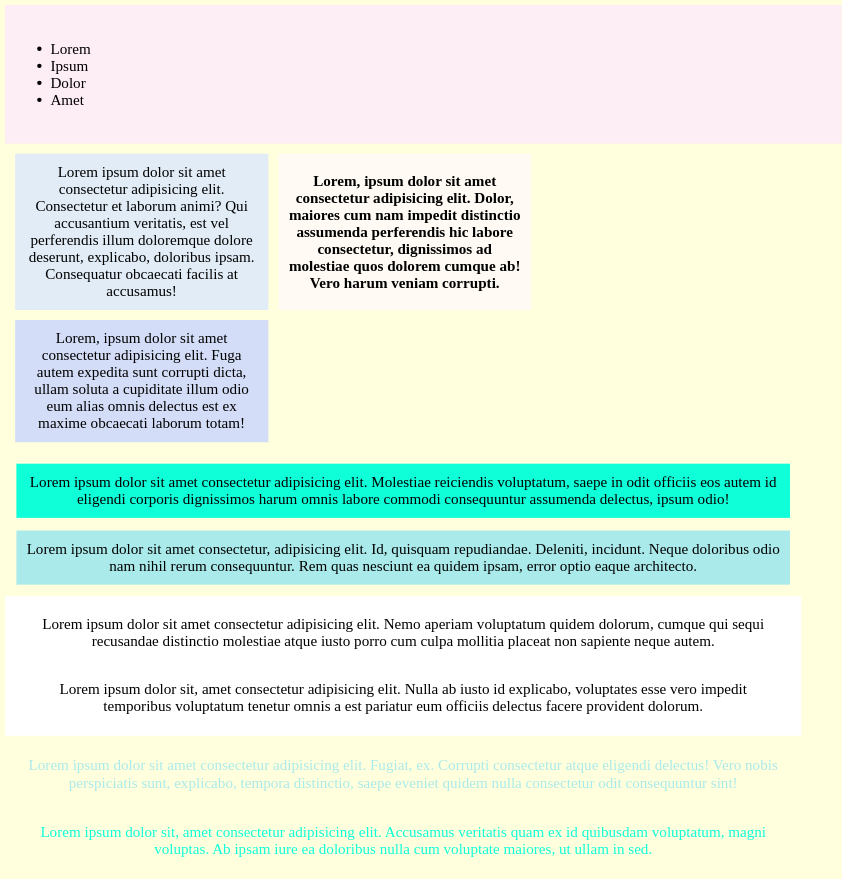
Repository: HTML-a-CSS-2/projekt-portfolio-Angelina555555
Page: .github/index.html
The author's editor kept a copy of each file at every save. The page is drawn from the files as they stood at one save, then again after the next save.
The browser window is 1280 px wide. The page is 1336 px wide, then 1280 px, so the pictures cover 1336 px, including what lies to the right of the window. The pictures show the whole page, at 63% of full size.

Above is the page before, as saved 2022-05-15 19:07:10.

### .github/index.html
<!DOCTYPE html>
<html lang="en">
  <head>
    <meta charset="UTF-8" />
    <meta http-equiv="X-UA-Compatible" content="IE=edge" />
    <meta name="viewport" content="width=device-width, initial-scale=1.0" />
    <link rel="stylesheet" href="default.css" />
    <title>Document</title>
  </head>
  <body>
    <div class="menu">
      <ul id="menu">
        <li>Lorem</li>
        <li>Ipsum</li>
        <li>Dolor</li>
        <li>Amet</li>
      </ul>
    </div>

    <div class="article">
      <div class="article__element-jeden article__element-jeden--blue">
        Lorem ipsum dolor sit amet consectetur adipisicing elit. Consectetur et
        laborum animi? Qui accusantium veritatis, est vel perferendis illum
        doloremque dolore deserunt, explicabo, doloribus ipsam. Consequatur
        obcaecati facilis at accusamus!
      </div>
      <div
        class="article__element-dva article__element-dva--pink article__element-dva--big"
      >
        Lorem, ipsum dolor sit amet consectetur adipisicing elit. Dolor, maiores
        cum nam impedit distinctio assumenda perferendis hic labore consectetur,
        dignissimos ad molestiae quos dolorem cumque ab! Vero harum veniam
        corrupti.
      </div>
      <div class="article__element-tri article__element-tri--purple">
        Lorem, ipsum dolor sit amet consectetur adipisicing elit. Fuga autem
        expedita sunt corrupti dicta, ullam soluta a cupiditate illum odio eum
        alias omnis delectus est ex maxime obcaecati laborum totam!
      </div>
    </div>
    <div class="age">
      <div class="age__element-ctyri age__element-ctyri--green">
        Lorem ipsum dolor sit amet consectetur adipisicing elit. Molestiae
        reiciendis voluptatum, saepe in odit officiis eos autem id eligendi
        corporis dignissimos harum omnis labore commodi consequuntur assumenda
        delectus, ipsum odio!
      </div>
      <div class="age__element-pet age__element-pet--mint">
        Lorem ipsum dolor sit amet consectetur, adipisicing elit. Id, quisquam
        repudiandae. Deleniti, incidunt. Neque doloribus odio nam nihil rerum
        consequuntur. Rem quas nesciunt ea quidem ipsam, error optio eaque
        architecto.
      </div>
    </div>
    <div class="leader">
      <div class="leader__element-sest leader__element-sest--padding-small">
        Lorem ipsum dolor sit amet consectetur adipisicing elit. Nemo aperiam
        voluptatum quidem dolorum, cumque qui sequi recusandae distinctio
        molestiae atque iusto porro cum culpa mollitia placeat non sapiente
        neque autem.
      </div>
      <div class="leader__element-sedm leader__element-sedm--padding-small">
        Lorem ipsum dolor sit, amet consectetur adipisicing elit. Nulla ab iusto
        id explicabo, voluptates esse vero impedit temporibus voluptatum tenetur
        omnis a est pariatur eum officiis delectus facere provident dolorum.
      </div>
    </div>
    <div class="blok-posledni">
      <div class="blok-posledni__element-osm blok-posledni__element-osm--mint">
        Lorem ipsum dolor sit amet consectetur adipisicing elit. Fugiat, ex.
        Corrupti consectetur atque eligendi delectus! Vero nobis perspiciatis
        sunt, explicabo, tempora distinctio, saepe eveniet quidem nulla
        consectetur odit consequuntur sint!
      </div>
      <div
        class="blok-posledni__element-devet blok-posledni__element-devet--green"
      >
        Lorem ipsum dolor sit, amet consectetur adipisicing elit. Accusamus
        veritatis quam ex id quibusdam voluptatum, magni voluptas. Ab ipsam iure
        ea doloribus nulla cum voluptate maiores, ut ullam in sed.
      </div>
    </div>
  </body>
</html>

### .github/default.css
body {
  height: 100vh;

  background-color: #ffffdd;
  display: grid;
  grid-template-columns: repeat(auto-fit, minmax(240px, 1fr))

  gap: 10% 20px;
}

.menu {
  display: flex;
  flex-wrap: wrap;

  width: 100%;
  background-color: #fdedf5;
  padding: 2rem;
  font-size: 1.5rem;
}

.article,
.age,
.leader,
.blok-posledni {
  padding: 1rem;
  display: flex;
  flex-wrap: wrap;
  text-align: center;
gap: 1rem;
}

.article__element-jeden,
.article__element-dva,
.article__element-tri {
  display: flex;
  justify-content: center;
  align-items: center;
  padding: 1rem 1rem;
width: 30%;
  font-size: 1.5rem;
}

.article__element-jeden--blue {
  background-color: #e1ecf6;
}
.article__element-dva--pink {
  background-color: #fffbf4;
}
.article__element-tri--purple {
  background-color: #d4ddf7;
}

.article__element-dva--big {
  font-weight: bold;
}

.age__element-ctyri,
.age__element-pet,
.leader__element-sest,
.leader__element-sedm,
.blok-posledni__element-osm,
.blok-posledni__element-devet {
  padding: 1rem 1rem;
  margin: 2px;
  font-size: 1.5rem;
}

.age__element-ctyri--green {
  background-color: #0fffd9;
}
.age__element-pet--mint {
  background-color: #aaeaeb;
}
.leader {
  background-color: white;
}
.leader__element-sest--padding-small,
.leader__element-sedm--padding-small {
  padding: 0.9rem;
}
.blok-posledni__element-osm--mint {
  color: #aaeaeb;
}

.blok-posledni__element-devet--green {
  color: #0fffd9;
}

After the next save:
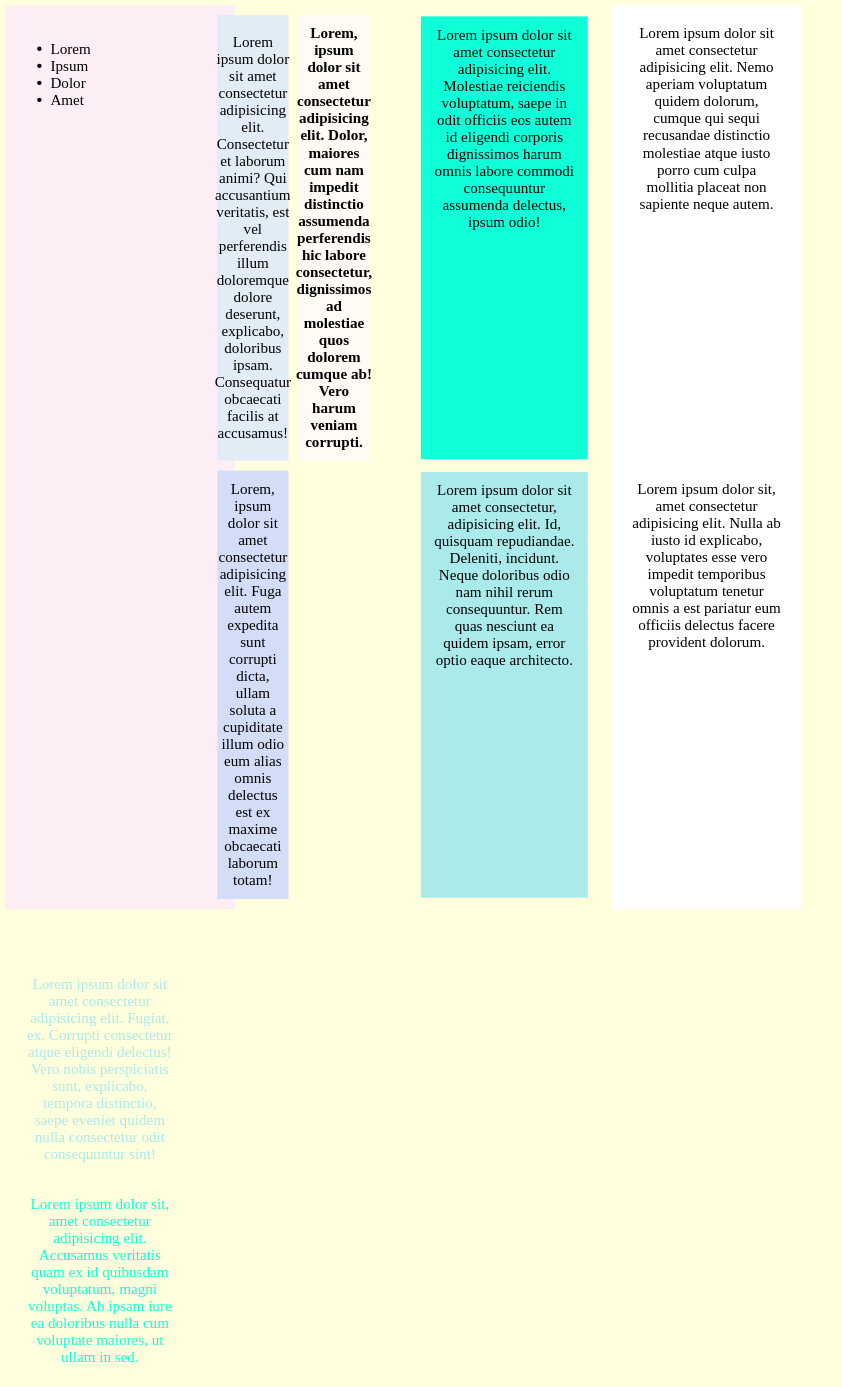
Saved 2 min 22 s later.
--- a/.github/default.css
+++ b/.github/default.css
@@ -1,10 +1,8 @@
 body {
   height: 100vh;
-
   background-color: #ffffdd;
   display: grid;
-  grid-template-columns: repeat(auto-fit, minmax(240px, 1fr))
-
+  grid-template-columns: repeat(auto-fit, minmax(240px, 1fr));
   gap: 10% 20px;
 }
 
@@ -26,7 +24,7 @@ body {
   display: flex;
   flex-wrap: wrap;
   text-align: center;
-gap: 1rem;
+  gap: 1rem;
 }
 
 .article__element-jeden,
@@ -36,7 +34,7 @@ gap: 1rem;
   justify-content: center;
   align-items: center;
   padding: 1rem 1rem;
-width: 30%;
+  width: 30%;
   font-size: 1.5rem;
 }
 
